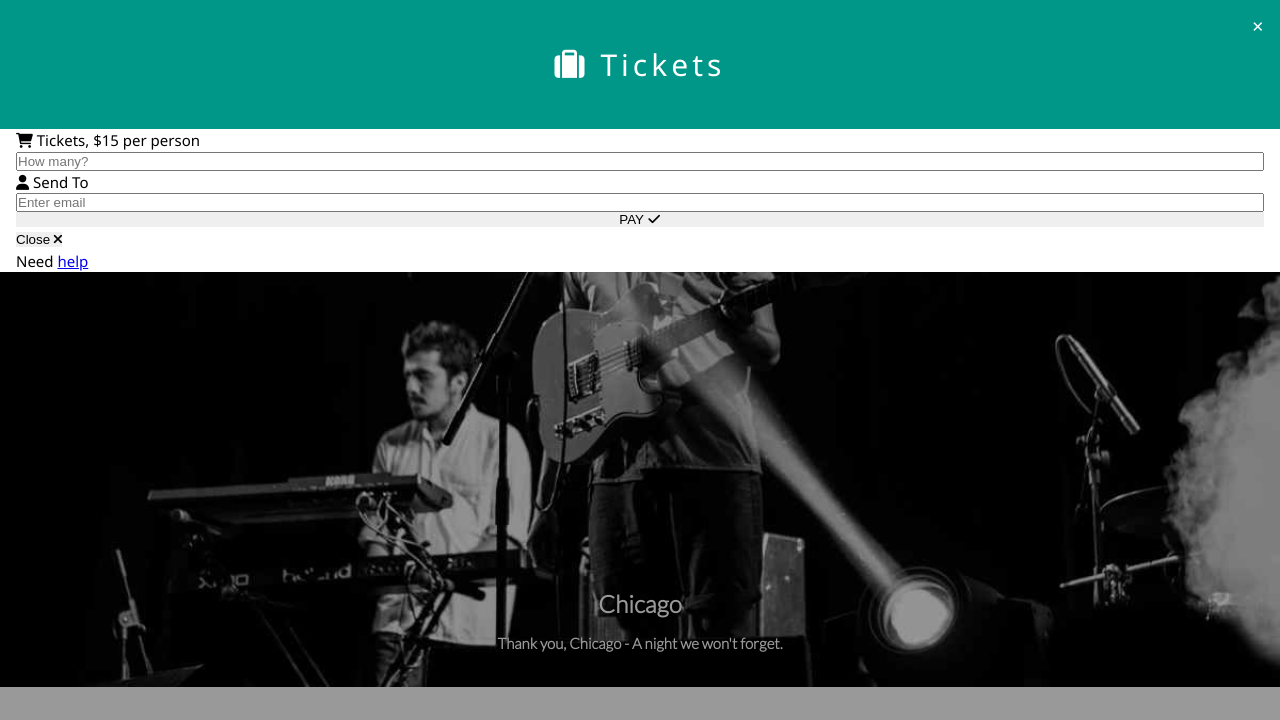
Repository: vanmanhAI/project-03-w3
Page: index.html
The author's editor kept a copy of each file at every save. The page is drawn from the files as they stood at one save, then again after the next save.
The browser window is 1280 px wide. The pictures show the window.
A layer covers the whole window, so only the first screen is drawn. Some web libraries are served in a nearby version.

Above is the page before, as saved 2022-07-11 16:33:23.

### index.html
<!DOCTYPE html>
<html lang="en">
<head>
    <meta charset="UTF-8">
    <meta http-equiv="X-UA-Compatible" content="IE=edge">
    <meta name="viewport" content="width=device-width, initial-scale=1.0">
    <title>Document</title>
    <link rel="stylesheet" href="./assets/css/style.css">
    <!-- icons -->
    <link rel="stylesheet" href="https://cdnjs.cloudflare.com/ajax/libs/font-awesome/6.1.1/css/all.min.css" integrity="sha512-KfkfwYDsLkIlwQp6LFnl8zNdLGxu9YAA1QvwINks4PhcElQSvqcyVLLD9aMhXd13uQjoXtEKNosOWaZqXgel0g==" crossorigin="anonymous" referrerpolicy="no-referrer" />
    <!-- font -->
    <link rel="preconnect" href="https://fonts.googleapis.com">
<link rel="preconnect" href="https://fonts.gstatic.com" crossorigin>
<link href="https://fonts.googleapis.com/css2?family=Lato:wght@300&display=swap" rel="stylesheet">
</head>
<body>
    <div id="main">
        <div id="header">
            <ul id="nav">
                <li><a href="#">home</a></li>
                <li><a href="#content-band">band</a></li>
                <li><a href="#content-tour">tour</a></li>
                <li><a href="#">contact</a></li>
                <li>
                    <a href="#">
                        more
                        <i class="fa-solid fa-caret-down subnav-caret"></i>
                    </a>
                    <ul class="subnav">
                        <li><a href="#">merchandise</a></li>
                        <li><a href="#">extras</a></li>
                        <li><a href="#">media</a></li>
                    </ul>
                </li>
            </ul>
            <i class="fa-solid fa-magnifying-glass header-search"></i>
        </div>

        <div id="slider">
            <div class="slider-desc">
                <h3 class="slider-name">chicago</h3>
                <b class="slider-content">Thank you, Chicago - A night we won't forget.</b>
            </div>
        </div>

        <div id="content">
            <div class="content-section" id="content-band">
                <h3 class="section-heading" >the band</h3>
                <p class="section-sub-heading">We love music</p>
                <p class="about">We have created a fictional band website. Lorem ipsum dolor sit amet, consectetur adipiscing elit, sed do eiusmod tempor incididunt ut labore et dolore magna aliqua. Ut enim ad minim veniam, quis nostrud exercitation ullamco laboris nisi ut aliquip ex ea commodo consequat. Duis aute irure dolor in reprehenderit in voluptate velit esse cillum dolore eu fugiat nulla pariatur. Excepteur sint occaecat cupidatat non proident, sunt in culpa qui officia deserunt mollit anim id est laborum consectetur adipiscing elit, sed do eiusmod tempor incididunt ut labore et dolore magna aliqua. Ut enim ad minim veniam, quis nostrud exercitation ullamco laboris nisi ut aliquip ex ea commodo consequat.</p>
                <div class="members-list">
                    <div class="member-item">
                        <p class="member-name">name</p>
                        <img src="./assets/img/Band/member1.jpg" alt="name" class="member-img">
                    </div>
                    <div class="member-item">
                        <p class="member-name">name</p>
                        <img src="./assets/img/Band/member1.jpg" alt="name" class="member-img">
                    </div>
                    <div class="member-item">
                        <p class="member-name">name</p>
                        <img src="./assets/img/Band/member1.jpg" alt="name" class="member-img">
                    </div>
                </div>
            </div>
            <div class="tour-section">
                <div class="content-section" id="content-tour">
                    <h3 class="section-heading text-white">tour dates</h3>
                    <p class="section-sub-heading text-white">Remember to book your tickets!</p>
                    <br>
                    <ul class="tickets-list">
                        <li>September <span class="sold-out">Sod out</span></li>
                        <li>October <span class="sold-out">Sold out</span></li>
                        <li>November <span class="quantity">3</span></li>
                    </ul>
                    <div class="places-list">
                        <div class="place-item">
                            <img src="./assets/img/Places/newyork.jpg" alt="New York" class="place-img">
                            <div class="place-body">
                                <h4 class="place-heading">new york</h4>
                                <p class="place-time">Fri 27 Nov 2016</p>
                                <p class="place-desc">Praesent tincidunt sed tellus ut rutrum sed vitae justo.</p>
                                <a href="#" class="place-buy-btn">Buy Tickets</a>
                            </div>
                        </div>
                        <div class="place-item">
                            <img src="./assets/img/Places/paris.jpg" alt="Paris" class="place-img">
                            <div class="place-body">
                                <h4 class="place-heading">paris</h4>
                                <p class="place-time">Sat 28 Nov 2016</p>
                                <p class="place-desc">Praesent tincidunt sed tellus ut rutrum sed vitae justo.</p>
                                <a href="#" class="place-buy-btn">Buy Tickets</a>
                            </div>
                        </div>
                        <div class="place-item">
                            <img src="./assets/img/Places/sanfran.jpg" alt="San Francisco" class="place-img">
                            <div class="place-body">
                                <h4 class="place-heading">san francisco</h4>
                                <p class="place-time">Sun 29 Nov 2016</p>
                                <p class="place-desc">Praesent tincidunt sed tellus ut rutrum sed vitae justo.</p>
                                <a href="#" class="place-buy-btn">Buy Tickets</a>
                            </div>
                        </div>
                    </div>
                </div>
            </div>
            <div class="content-section">
                <h3 class="section-heading">contact</h3>
                <p class="section-sub-heading">Fan? Drop a note!</p>
            </div>
        </div>
        <div id="footer"></div>
    </div>
    <div class="modal">
        <div class="modal-container">
            <div class="modal-header">
                <span class="modal-close">✕</span>
                <h3 class="modal-heading">
                    <i class="fa-solid fa-suitcase modal-bag"></i>
                    Tickets
                </h3>
            </div>
            <div class="modal-body">
                <label for="" class="modal-label">
                    <i class="fa-solid fa-cart-shopping modal-shopping"></i>
                    Tickets, $15 per person
                </label>
                <input type="text" name="" id="" placeholder="How many?" class="modal-input">
                <label for="" class="modal-label">
                    <i class="fa-solid fa-user modal-user"></i>
                    Send To
                </label>
                <input type="text" name="" id="" placeholder="Enter email" class="modal-input">
                <button class="modal-btn-pay">
                    PAY
                    <i class="fa-solid fa-check modal-check"></i>
                </button>
                <button class="modal-btn-close">
                    Close
                    <i class="fa-solid fa-xmark modal-xmark"></i>
                </button>
                <p class="modal-assit">
                    Need
                    <a href="#" class="modal-help">help</a>
                </p>
            </div>
        </div>
    </div>
</body>
</html>

### assets/css/style.css
* {
    padding: 0;
    margin: 0;
    box-sizing: border-box;
}
html {
    font-size: 62.5%;
}
:root {
    --lineheight-nav: 2.25rem;
    --padding-nav: 1.2rem;
}
.text-white {
    color: #fff;
}
#main {

}
#header {
    position: fixed;
    z-index: 1;
    top: 0;
    left: 0;
    right: 0;
    background: #000;
    font-size: 1.5rem;
    font-family: 'Lato', sans-serif;
    font-weight: bold;
    line-height: var(--lineheight-nav);
}
#header:after {
    content: "";
    display: block;
    clear: both;
}
#header .header-search {
    color: #fff;
    display: block;
    float: right;
    padding: var(--padding-nav) 2.4rem;
    line-height: var(--lineheight-nav);
    cursor: pointer;
}
#header .header-search:hover {
    background: #f44336
}
#header #nav>li {
    position: relative;
    text-align: center;
    cursor: pointer;
    float: left;
}
#header #nav>li>a {
    display: block;
    padding: var(--padding-nav) 2.4rem;
}
#header #nav>li:last-child:hover .subnav {
    width: 16rem;
}
#header #nav li:hover {
    background: #ccc;
}
#header #nav>li:hover>a {
    color: #000;
}
#nav li {
    list-style-type: none;
    position: relative;
}
#nav li .subnav-caret {
    text-transform: none;
    text-align: center;
}
#nav li a {
    color: #fff;
    text-decoration: none;
    text-transform: uppercase;
}
#nav .subnav {
    position: absolute;
    width: 0;
    overflow: hidden;
    top: 100%;
    left: 0;
    background: #fff;
    color: #000;
    box-shadow: 0 0 4px 0 #ccc;
    transition: width 0.3s linear;
}
#nav .subnav li {
    padding: 0.8rem 1.6rem;
    text-align: left;
    min-width: 16rem;
}
#nav .subnav li a {
    color: #000;
    text-transform: capitalize;
}
#slider {
    position: relative;
    margin-top: calc(var(--lineheight-nav) + 2*var(--padding-nav));
    background: #ccc;
    padding-top: 50%;
    max-height: 100vh;
    background: url('/assets/img/sliders/chicago.jpg') top/cover no-repeat
}
.slider-desc{
    position: absolute;
    bottom: 0;
    left: 50%;
    transform: translatex(-50%);
    color: #fff;
    padding: 3.2rem 1.6rem;
    text-align: center;
    font-size: 1.5rem;
    font-family: 'Lato', sans-serif;

}
.slider-name{
    text-transform: capitalize;
    font-size: 2.4rem;
    line-height: 3.6rem;
    margin: 1rem 0;
}
.slider-content{
    line-height: 1.5;
    font-size: 1.5rem;
}
#content {
    line-height: 1.5;
}
#content .content-section {
    max-width: 80rem;
    margin: 0 auto;
    padding: 6.4rem 1.6rem;
    font-size: 1.5rem;
    font-family: 'Lato', sans-serif;
}
#content .section-heading {
    font-size: 3rem;
    text-transform: uppercase;
    line-height: 4.5rem;
    margin: 1rem 0;
    text-align: center;
    letter-spacing: 0.4rem;
    font-family: "Segoe UI",Arial,sans-serif;
    font-weight: 400;
}
#content .section-sub-heading {
    text-align: center;
    font-style: italic;
    font-weight: 100;
    margin: 1.5rem 0;
}
#content .content-section .about {
    text-align: justify;
    font-weight: bold;
    margin: 1.5rem 0;
    word-spacing: 0.1rem;
}
#content .members-list {
    padding: 3.2rem 0;
    text-align: center;
}
#content .members-list:after {
    content: "";
    display: block;
    clear: both;
}
#content .member-item{
    float: left;
    width: calc(100%/3);
}
#content .members-list .member-name {
    margin: 1.5rem 0;
    text-transform: capitalize;
    font-weight: bold;
}
#content .members-list .member-img{
    width: 60%;
    border-radius: 0.4rem;
    margin: 0 0 1.6rem;
}
#content .tour-section {
    background: #000;
}
#content .tour-section .tickets-list {
    background: #fff;
    list-style-type: none;
}
#content .tickets-list li {
    padding: 0.8rem 1.6rem;
}
#content .tickets-list .sold-out {
    display: inline-block;
    padding: 0 0.8rem;
    color: #fff;
    background: #f44336;
    margin-left: 1.6rem;
    text-align: center;
    font-weight: bold;
}
#content .tickets-list .quantity {
    display: block;
    padding: 0 0.8rem;
    background: #000;
    color: #fff;
    border-radius: 50%;
    float: right;
    margin-right: 1.6rem;
}
#content .places-list {
    padding: 3.2rem 0.8rem;
    margin: 0 -1.6rem;
}
#content .places-list:after {
    content: "";
    display: block;
    clear: both;
}
#content .places-list .place-item {
    width: calc(100%/3);
    float: left;
    padding: 0 0.8rem 1.6rem;
}
#content .places-list .place-img {
    width: 100%;
    vertical-align: middle;
}
#content .places-list .place-img:hover {
    opacity: 0.6;
}
#content .places-list .place-body{
    background: #fff;
    padding: 0.015rem 1.6rem;
}
#content .places-list .place-heading{
    margin: 1.5rem 0;
    text-transform: capitalize;
    font-weight: 700;
}
#content .places-list .place-time{
    margin: 1.5rem 0;
}
#content .places-list .place-desc{
    margin: 1.5rem 0;
    font-weight: bold;
}
#content .places-list .place-buy-btn{
    display: inline-block;
    padding: 0.8rem 1.6rem;
    text-decoration: none;
    background: #000;
    color: #fff;
    margin-bottom: 1.6rem;
    font-weight: bold;
}
#content .places-list .place-buy-btn:hover {
    background: #ccc;
    color: #000;
}
.modal {
    position: fixed;
    z-index: 3;
    top: 0;
    left: 0;
    right: 0;
    bottom: 0;
    background: rgba(0, 0, 0, 0.4);
    font-size: 1.5rem;
    font-family: "Segoe UI",Arial,sans-serif;
    line-height: 2.25rem;
}
.modal-container {

}
.modal .modal-container .modal-header {
    position: relative;
    color: #fff;
    background: #009688;
    text-align: center;
    padding: 3.2rem 1.6rem;
}
.modal .modal-header .modal-close {
    position: absolute;
    top: 0;
    right: 0;
    line-height: 3.6rem;
    padding: 0.8rem 1.6rem;
}
.modal .modal-header .modal-close:hover {
    background: #ccc;
    color: #000;
}
.modal .modal-header .modal-heading {
    font-weight: 400;
    font-size: 3rem;
    line-height: 4.5rem;
    margin: 1rem 0;
    letter-spacing: 0.4rem;
}
.modal-bag {

}
.modal .modal-container .modal-body {
    padding: 0.015rem 1.6rem;
    background: #fff;
}
.modal .modal-body .modal-label {
    display: block;
}
.modal-shopping {

}
.modal .modal-body .modal-input {
    display: block;
    width: 100%;
}
.modal-user {

}
.modal .modal-container .modal-btn-pay {
    display: block;
    width: 100%;
    border: none;
}
.modal-check {

}
.modal-btn-close {
    border: none;
}
.modal-xmark {

}
.modal-assit {

}
.modal-help {

}
.footer {

}

After the next save:
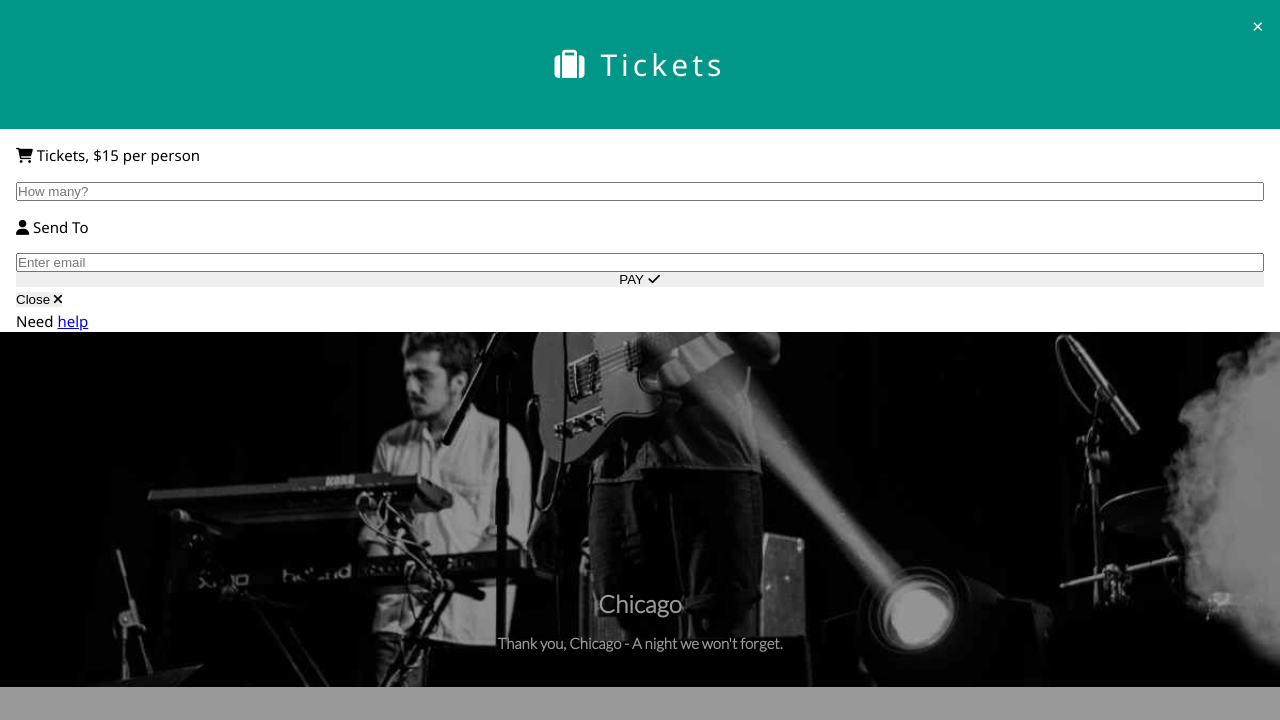
Saved 62 s later.
--- a/assets/css/style.css
+++ b/assets/css/style.css
@@ -308,6 +308,7 @@ html {
 }
 .modal .modal-body .modal-label {
     display: block;
+    margin: 1.5rem 0;
 }
 .modal-shopping {
 
